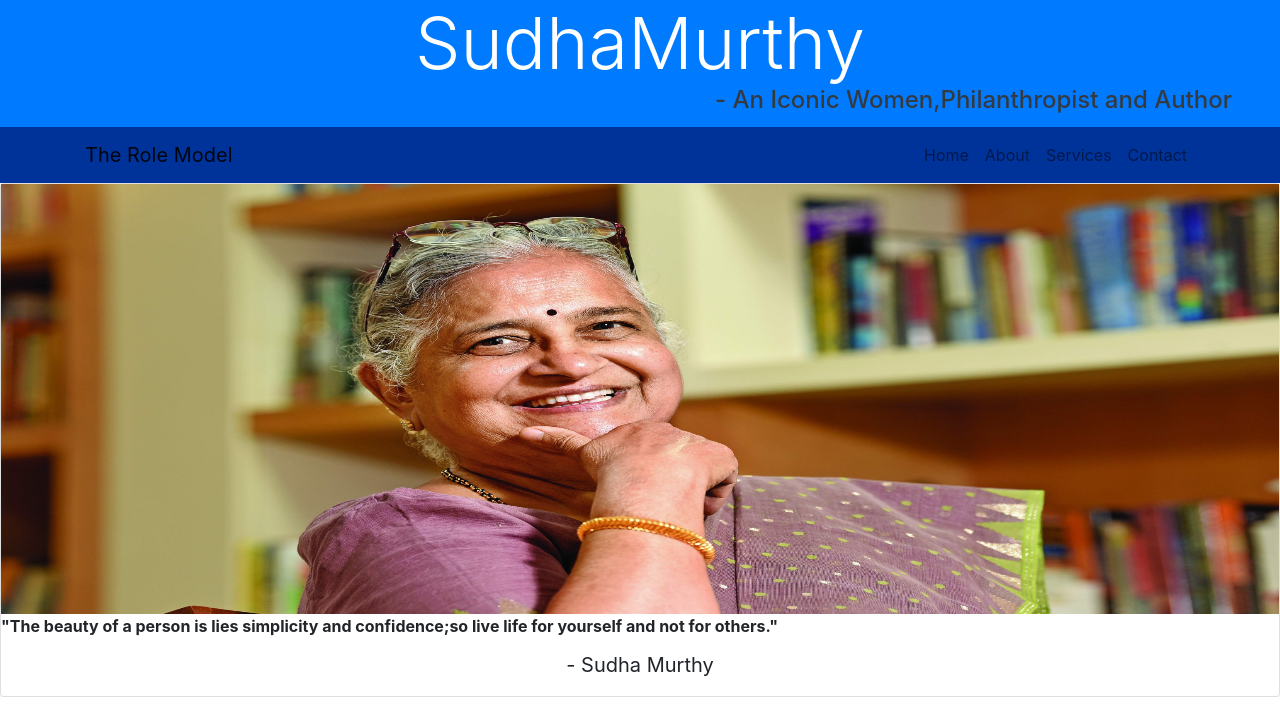
Repository: sumanthr18/RoleModel
Page: index.html
An editor plug-in stored every save of this project. The page is shown before and after the next save, followed by the edit.
The browser window is 1280 px wide. The pictures show the whole page.

Above is the page before, as saved 2020-03-14 17:19:33.

After the next save:
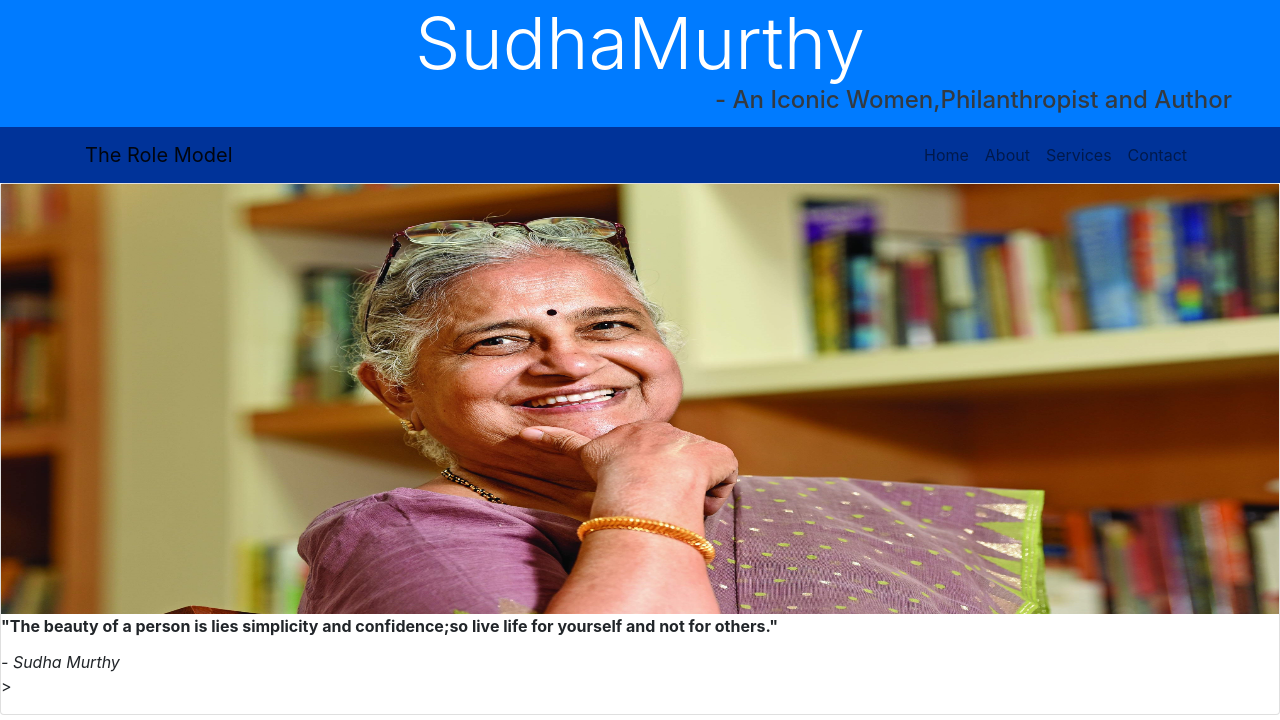
Saved 7 min 16 s later.
--- a/index.html
+++ b/index.html
@@ -37,8 +37,10 @@
     </nav>
     <div class="card">
         <img class="" style="width:100%;height:430px" src="Sudha_Murty_1-update.jpg">
-        <div class="card-title" style="font-weight: bold;">"The beauty of a person is lies simplicity and confidence;so live life for yourself and not for others."</div>
-        <footer class="blockquote text-center">- Sudha Murthy</footer>
+        <blockquote>
+            <p class="card-title" style="font-weight: bold;">"The beauty of a person is lies simplicity and confidence;so live life for yourself and not for others."</p>
+            <footer><cite>- Sudha Murthy</cite></footer>>
+        </blockquote>
     </div>
 </body>
 </html>
